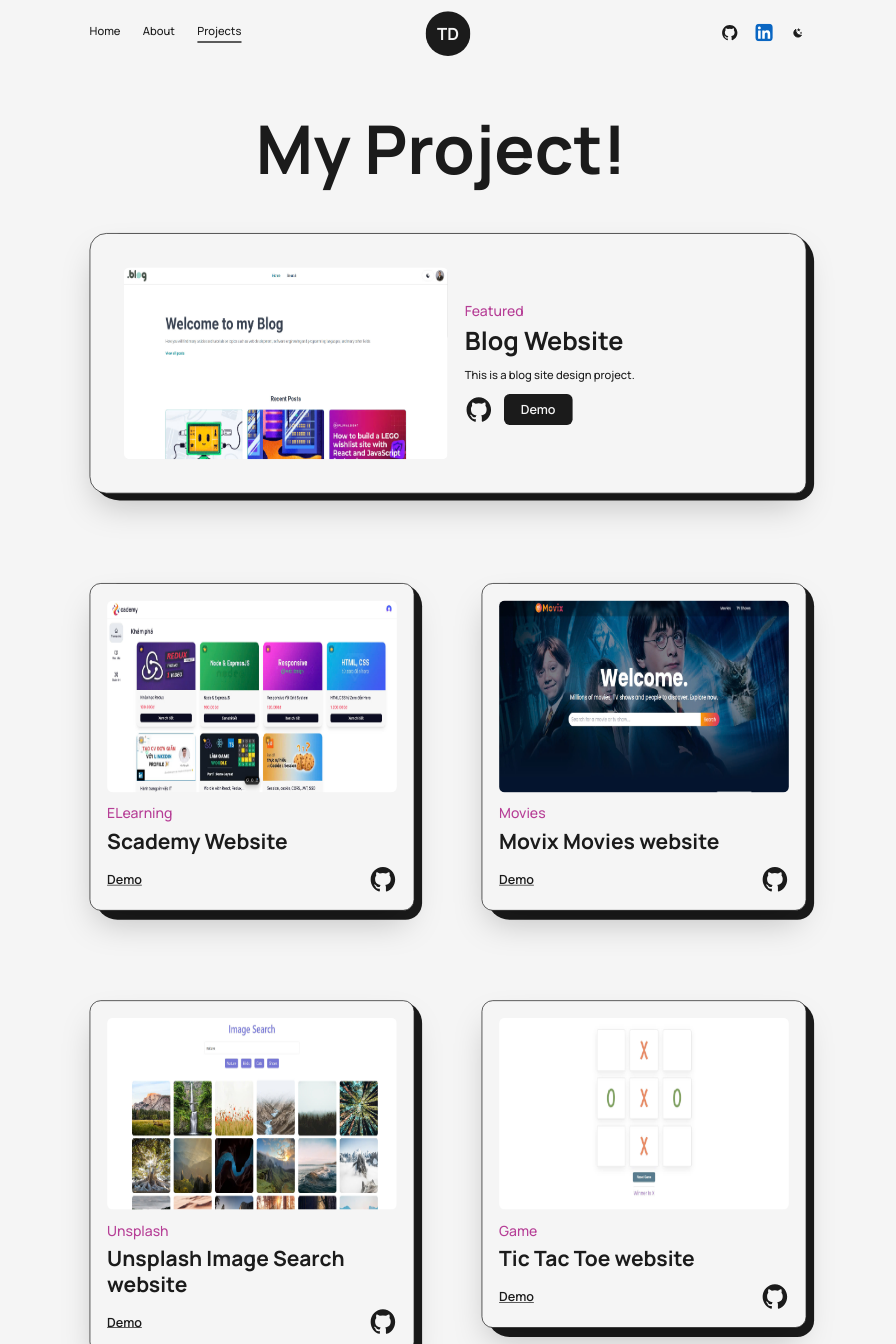
Repository: Dev-ThanhDat/portfolio
Page: /projects
These files come from the project's save history. The page is drawn as it stood at one moment and after the next save; the edit follows.
The browser window is 1280 px wide. The pictures show the part of the page from y = 0 to 1920 px (the page is 4499 px tall), at 70% of full size.
The project was rebuilt for these pictures with package versions that can differ from the ones it lists, and the page was loaded fresh each time. The framework's server and built-in components were replaced by stand-ins that run in the browser. Also part of the build but not shown: next.config.mjs, src/assets/icons/SunIcon.js, src/components/NavMobile/index.js.

Above is the page before, as saved 2025-01-01 13:23:45.

### src/app/layout.js
import Footer from '@/components/Footer';
import Header from '@/components/Header';
import { Providers } from '@/components/Providers';
import { Manrope } from 'next/font/google';
import './globals.scss';

const manrope = Manrope({ subsets: ['latin'], variable: '--font-manrope' });

export const metadata = {
  title: {
    template: 'Portfolio | %s',
    default: 'Portfolio'
  },
  openGraph: {
    url: 'https://ptd-dev.click',
    siteName: 'Portfolio',
    images: [
      {
        url: 'https://res.cloudinary.com/dzdycjg8q/image/upload/v1723725374/Portfolio/portfolio-bg-seo_xfm9yo.jpg',
        width: 1911,
        height: 877
      }
    ],
    type: 'website'
  }
};

export default function RootLayout({ children }) {
  return (
    <html
      lang='en'
      suppressHydrationWarning={true}
    >
      <body
        className={`${manrope.variable} font-mont bg-light dark:bg-dark w-full min-h-screen`}
      >
        <Providers>
          <Header />
          <main>{children}</main>
          <Footer />
        </Providers>
      </body>
    </html>
  );
}

### src/app/projects/page.js
import AnimatedText from '@/components/AnimatedText';
import FeaturedProject from '@/components/FeaturedProject';
import Project from '@/components/Project';
import TransitionEffect from '@/components/TransitionEffect';
import { projects } from '@/utils/projects';
import Link from 'next/link';

export const metadata = {
  title: 'Projects'
};

const Projects = () => {
  return (
    <>
      <TransitionEffect />
      <section className='flex flex-col justify-center w-full px-32 pt-16 pb-32 lg:px-16 xl:px-24 md:p-x12 sm:px-8'>
        <AnimatedText
          text='My Project!'
          className='mb-16 lg:!text-7xl sm:!text-6xl xs:!text-4xl sm:mb-8'
        />
        <div className='grid grid-cols-2 gap-24 gap-y-32 xl:gap-x-16 lg:gap-x-8 md:gap-y-24 sm:gap-x-0'>
          {projects &&
            projects.length > 0 &&
            projects.map((item) => (
              <>
                {item.featured === true ? (
                  <div
                    key={item.id}
                    className='col-span-2'
                  >
                    <FeaturedProject
                      type={item.type}
                      title={item.title}
                      summary={item.summary}
                      image={item.image}
                      link={item.link}
                      github={item.github}
                    />
                  </div>
                ) : (
                  <div
                    key={item.id}
                    className='col-span-1 lg:col-span-2'
                  >
                    <Project
                      type={item.type}
                      title={item.title}
                      image={item.image}
                      link={item.link}
                      github={item.github}
                    />
                  </div>
                )}
              </>
            ))}
        </div>
      </section>
    </>
  );
};

export default Projects;

### src/components/Footer/index.js
'use client';

import MoveTop from '@/assets/icons/MoveTop';

const Footer = () => {
  const scrollToTop = () => {
    window.scrollTo({
      top: 0,
      behavior: 'smooth'
    });
  };

  return (
    <footer className='flex items-center justify-between px-32 py-8 text-lg font-medium text-center text-black border-t-2 border-solid md:px-16 sm:px-8 xs:px-4 w-fll border-dark dark:text-light dark:border-light md:text-base md:flex-col'>
      <span></span>
      <span>
        <span className='px-1 text-2xl text-primary dark:text-primaryDark'>
          &#9825;
        </span>{' '}
        Thanh Dat{' '}
        <span className='px-1 text-2xl text-primary dark:text-primaryDark'>
          &#9825;
        </span>
      </span>
      <button
        onClick={scrollToTop}
        className='flex items-center bg-dark dark:bg-light dark:text-dark text-light p-2.5 px-4 rounded-lg text-lg font-semibold hover:bg-light hover:text-dark transition-all border-2 border-solid border-transparent hover:border-dark dark:hover:bg-dark dark:hover:text-light dark:hover:border-light md:p-2 md:px-2 md:text-base md:mt-5'
      >
        <MoveTop />
      </button>
    </footer>
  );
};

export default Footer;

### src/components/Header/index.js
'use client';

import Logo from '@/components/Logo';
import Nav from '@/components/Nav';
import NavMobile from '@/components/NavMobile';
import { usePathname } from 'next/navigation';
import { useState } from 'react';

const Header = () => {
  const pathname = usePathname();
  const [isOpen, setIsOpen] = useState(false);

  const handleClick = () => {
    setIsOpen(!isOpen);
  };

  return (
    <header className='relative z-10 flex items-center justify-between w-full px-32 py-8 font-medium xl:px-24 lg:px-16 md:px-12 sm:px-8'>
      <button
        onClick={handleClick}
        className='flex-col items-center justify-center hidden lg:flex'
      >
        <span
          className={`bg-dark dark:bg-light transition-all block h-0.5 w-6 rounded-sm ${
            isOpen ? 'rotate-45 translate-y-1' : '-translate-y-0.5'
          }`}
        ></span>
        <span
          className={`bg-dark dark:bg-light transition-all block h-0.5 w-6 rounded-sm my-0.5 ${
            isOpen ? 'opacity-0' : 'opacity-100'
          }`}
        ></span>
        <span
          className={`bg-dark dark:bg-light transition-all block h-0.5 w-6 rounded-sm ${
            isOpen ? '-rotate-45 -translate-y-1' : 'translate-y-0.5'
          }`}
        ></span>
      </button>
      <Nav pathname={pathname} />
      {isOpen ? (
        <NavMobile
          setIsOpen={setIsOpen}
          pathname={pathname}
        />
      ) : null}
      <div className='absolute left-2/4 top-2 -translate-x-2/4'>
        <Logo />
      </div>
    </header>
  );
};

export default Header;

### src/components/Providers/index.js
'use client';

import { ThemeProvider } from 'next-themes';

export function Providers({ children }) {
  return (
    <ThemeProvider
      attribute='class'
      defaultTheme='system'
      enableSystem
    >
      {children}
    </ThemeProvider>
  );
}

### src/app/globals.scss
@tailwind base;
@tailwind components;
@tailwind utilities;

@layer base {
  body {
    @apply text-dark dark:text-light;
    &::-webkit-scrollbar {
      width: 5px;
    }

    &::-webkit-scrollbar-thumb {
      @apply bg-primary rounded-lg;
    }
  }
}

### src/components/AnimatedText/index.js
'use client';

import React from 'react';
import { motion } from 'framer-motion';

const AnimatedText = ({ text, className }) => {
  return (
    <div className='flex items-center justify-center w-full py-2 mx-auto overflow-hidden text-center'>
      <motion.h1
        initial={{ opacity: 0 }}
        animate={{
          opacity: 1,
          transition: {
            delay: 0.5
          }
        }}
        className={`inline-block w-full text-dark dark:text-light font-bold capitalize text-8xl ${className}`}
      >
        {text.split(' ').map((word, index) => (
          <motion.span
            key={word + '-' + index}
            initial={{ opacity: 0, y: 50 }}
            animate={{
              opacity: 1,
              y: 0,
              transition: {
                duration: 1,
                delay: index * 0.3
              }
            }}
            className='inline-block'
          >
            {word}&nbsp;
          </motion.span>
        ))}
      </motion.h1>
    </div>
  );
};

export default AnimatedText;

### src/components/FeaturedProject/index.js
'use client';

import GithubIcon from '@/assets/icons/Github';
import Image from 'next/image';
import Link from 'next/link';
import React from 'react';
import { motion } from 'framer-motion';

const FeaturedProject = ({ type, title, summary, image, link, github }) => {
  const MotionImage = motion(Image);

  return (
    <article className='relative flex items-center justify-between w-full p-12 border border-solid shadow-2xl rounded-3xl border-dark bg-light rounded-br-2xl dark:bg-dark dark:border-light lg:flex-col lg:p-8 xs:rounded-2xl xs:rounded-br-3xl xs:p-4'>
      <div className='absolute top-0 -right-3 -z-10 w-[101%] h-[103%] rounded-[40px] bg-dark rounded-br-3xl dark:bg-light xs:-right-2 sm:h-[102%] xs:w-full xs:rounded-3xl' />
      <Link
        href={link || ''}
        target='_blank'
        className='w-1/2 overflow-hidden rounded-lg cursor-pointer lg:w-full'
      >
        <MotionImage
          src={image}
          alt={title}
          width={1920}
          height={878}
          priority={true}
          whileHover={{ scale: 1.05 }}
          className='w-full h-[274px]'
        />
      </Link>
      <div className='flex flex-col items-start justify-between w-1/2 pl-6 lg:w-full lg:pl-0 lg:pt-6'>
        <span className='text-xl font-medium capitalize text-primary dark:text-primaryDark xs:text-base'>
          {type}
        </span>
        <Link
          href={link || ''}
          target='_blank'
          className='transition-all hover:underline underline-offset-2'
        >
          <h2 className='w-full my-2 text-4xl font-bold text-left sm:text-sm'>
            {title}
          </h2>
        </Link>
        <p className='my-2 font-medium sm:text-sm'>{summary}</p>
        <div className='flex items-center mt-2'>
          <Link
            href={github}
            target='_blank'
            className='w-10 transition-all hover:scale-110 md:w-6'
          >
            <GithubIcon />
          </Link>
          <Link
            href={link || ''}
            target='_blank'
            className='p-2 px-6 ml-4 text-lg font-semibold transition-all rounded-lg bg-dark text-light hover:opacity-90 dark:bg-light dark:text-dark sm:px-4 sm:text-base'
          >
            {link ? 'Demo' : ''}
          </Link>
        </div>
      </div>
    </article>
  );
};

export default FeaturedProject;

### src/components/TransitionEffect/index.js
'use client';

import { motion } from 'framer-motion';

const TransitionEffect = () => {
  return (
    <>
      <motion.div
        initial={{ x: '100%', width: '100%' }}
        animate={{ x: '0%', width: '0%' }}
        transition={{ duration: 0.8, ease: 'easeInOut' }}
        className='fixed top-0 bottom-0 z-50 w-screen h-screen right-full bg-primary dark:bg-primaryDark'
      />
      <motion.div
        initial={{ x: '100%', width: '100%' }}
        animate={{ x: '0%', width: '0%' }}
        transition={{ delay: 0.2, duration: 0.8, ease: 'easeInOut' }}
        className='fixed top-0 bottom-0 z-40 w-screen h-screen right-full bg-light'
      />
      <motion.div
        initial={{ x: '100%', width: '100%' }}
        animate={{ x: '0%', width: '0%' }}
        transition={{ delay: 0.4, duration: 0.8, ease: 'easeInOut' }}
        className='fixed top-0 bottom-0 z-30 w-screen h-screen right-full bg-dark'
      />
    </>
  );
};

export default TransitionEffect;

### src/utils/projects.js
export const projects = [
  {
    id: 10,
    featured: true,
    type: 'Featured',
    title: 'Blog Website',
    summary: 'This is a blog site design project.',
    image: '/images/projects/Blog.jpg',
    link: 'https://blog.ptd-dev.click',
    github: 'https://github.com/Dev-ThanhDat/blog.git'
  },
  {
    id: 9,
    featured: false,
    type: 'ELearning',
    title: 'Scademy Website',
    image: '/images/projects/Scademy.jpg',
    link: 'https://scademy.ptd-dev.click',
    github: 'https://github.com/Dev-ThanhDat/scademy.git'
  },
  {
    id: 8,
    featured: false,
    type: 'Movies',
    title: 'Movix Movies website',
    image: '/images/projects/Movix-Movies.jpg',
    link: 'https://movix.ptd-dev.click',
    github: 'https://github.com/Dev-ThanhDat/movix-movies.git'
  },
  {
    id: 7,
    featured: false,
    type: 'Unsplash',
    title: 'Unsplash Image Search website',
    image: '/images/projects/Unsplash-Image.jpg',
    link: 'https://unsplash.ptd-dev.click',
    github: 'https://github.com/Dev-ThanhDat/unsplash-image-search.git'
  },
  {
    id: 6,
    featured: false,
    type: 'Game',
    title: 'Tic Tac Toe website',
    image: '/images/projects/Tic-Tac-Toe.jpg',
    link: 'https://tic-tac-toe.ptd-dev.click',
    github: 'https://github.com/Dev-ThanhDat/tic-tac-toe.git'
  },
  {
    id: 5,
    featured: false,
    type: 'Gocast',
    title: 'Gocast website',
    image: '/images/projects/Gocast.jpg',
    link: 'https://gocast.ptd-dev.click',
    github: 'https://github.com/Dev-ThanhDat/gocast.git'
  },
  {
    id: 4,
    featured: true,
    type: 'Art',
    title: 'Art NFT Marketplace website',
    summary:
      'This is a project to design the Art NFT Marketplace website interface on the Frontend side.',
    image: '/images/projects/Art-NFT-Marketplace.jpg',
    link: 'https://art.ptd-dev.click',
    github: 'https://github.com/Dev-ThanhDat/art-nft-marketplace.git'
  },
  {
    id: 3,
    featured: false,
    type: 'Craft',
    title: 'Craft NFT Marketplace website',
    image: '/images/projects/Craft-NFT-Marketplace.jpg',
    link: 'https://craft.ptd-dev.click',
    github: 'https://github.com/Dev-ThanhDat/craft-nft-marketplace.git'
  },
  {
    id: 2,
    featured: false,
    type: 'Travel',
    title: 'Travel Holiday website',
    image: '/images/projects/Travel-Holiday.jpg',
    link: 'https://travel.ptd-dev.click',
    github: 'https://github.com/Dev-ThanhDat/travel-holiday.git'
  },
  {
    id: 1,
    featured: false,
    type: 'Jalan',
    title: 'Jalan website',
    image: '/images/projects/Jalan.jpg',
    link: 'https://jalan.ptd-dev.click',
    github: 'https://github.com/Dev-ThanhDat/jalan.git'
  }
];

### src/assets/icons/MoveTop.js
import React from 'react';

const MoveTop = ({ className }) => {
  return (
    <svg
      xmlns='http://www.w3.org/2000/svg'
      width={24}
      height={24}
      viewBox='0 0 24 24'
      fill='none'
      stroke='currentColor'
      strokeWidth={2}
      strokeLinecap='round'
      strokeLinejoin='round'
      className={`w-full h-auto ${className}`}
    >
      <path d='M8 6L12 2L16 6' />
      <path d='M12 2V22' />
    </svg>
  );
};

export default MoveTop;

### src/components/Logo/index.js
'use client';

import { motion } from 'framer-motion';
import Link from 'next/link';
import React from 'react';

const MotionLink = motion(Link);

const Logo = () => {
  return (
    <div className='flex items-center justify-center mt-2'>
      <MotionLink
        href='/'
        className='flex items-center justify-center w-16 h-16 text-2xl font-bold uppercase border border-transparent border-solid rounded-full bg-dark text-light dark:border-light'
        whileHover={{
          backgroundColor: [
            '#121212',
            'rgba(131,58,180,1)',
            'rgba(253,29,29,1)',
            'rgba(252,176,69,1)',
            'rgba(131,58,180,1)',
            '#121212'
          ],
          transition: { duration: 1 }
        }}
      >
        TD
      </MotionLink>
    </div>
  );
};

export default Logo;

### src/components/Nav/index.js
import ThemeSwitcher from '@/components/ThemeSwitcher';
import { media } from '@/utils/media';
import { menu } from '@/utils/menu';
import { motion } from 'framer-motion';
import Link from 'next/link';

const Nav = ({ pathname }) => {
  return (
    <div className='flex items-center justify-between w-full lg:hidden'>
      <nav className='flex items-center gap-8'>
        {menu &&
          menu.length > 0 &&
          menu.map((item) => (
            <Link
              key={item.id}
              href={item.path}
              className={`pb-[5px] relative group after:h-[2px] after:bg-dark dark:after:bg-light after:bottom-0 after:left-0 after:absolute after:transition-[width] after:ease after:duration-300 ${
                pathname === item.path
                  ? 'after:w-full'
                  : 'hover:after:w-full after:w-0'
              }`}
            >
              {item.name}
            </Link>
          ))}
      </nav>
      <div className='flex flex-wrap items-center justify-center gap-6'>
        {media &&
          media.length > 0 &&
          media.map((item) => (
            <motion.a
              key={item.id}
              href={item.href}
              target='_blank'
              whileHover={{ y: -2 }}
              whileTap={{ scale: 0.9 }}
            >
              {item.icon}
            </motion.a>
          ))}
        <ThemeSwitcher />
      </div>
    </div>
  );
};

export default Nav;

### src/assets/icons/Github.js
const GithubIcon = ({ className }) => {
  return (
    <svg
      xmlns='http://www.w3.org/2000/svg'
      width='25px'
      height='25px'
      viewBox='0 0 512 512'
      className={`w-full h-auto ${className}`}
    >
      <path
        fill='none'
        d='M0 0h512v512H0z'
      />
      <path
        fill='currentColor'
        d='M256 32C132.3 32 32 134.9 32 261.7c0 101.5 64.2 187.5 153.2 217.9a17.56 17.56 0 0 0 3.8.4c8.3 0 11.5-6.1 11.5-11.4 0-5.5-.2-19.9-.3-39.1a102.4 102.4 0 0 1-22.6 2.7c-43.1 0-52.9-33.5-52.9-33.5-10.2-26.5-24.9-33.6-24.9-33.6-19.5-13.7-.1-14.1 1.4-14.1h.1c22.5 2 34.3 23.8 34.3 23.8 11.2 19.6 26.2 25.1 39.6 25.1a63 63 0 0 0 25.6-6c2-14.8 7.8-24.9 14.2-30.7-49.7-5.8-102-25.5-102-113.5 0-25.1 8.7-45.6 23-61.6-2.3-5.8-10-29.2 2.2-60.8a18.64 18.64 0 0 1 5-.5c8.1 0 26.4 3.1 56.6 24.1a208.21 208.21 0 0 1 112.2 0c30.2-21 48.5-24.1 56.6-24.1a18.64 18.64 0 0 1 5 .5c12.2 31.6 4.5 55 2.2 60.8 14.3 16.1 23 36.6 23 61.6 0 88.2-52.4 107.6-102.3 113.3 8 7.1 15.2 21.1 15.2 42.5 0 30.7-.3 55.5-.3 63 0 5.4 3.1 11.5 11.4 11.5a19.35 19.35 0 0 0 4-.4C415.9 449.2 480 363.1 480 261.7 480 134.9 379.7 32 256 32Z'
      />
    </svg>
  );
};

export default GithubIcon;

### src/components/ThemeSwitcher/index.js
'use client';

import MoonIcon from '@/assets/icons/MoonIcon';
import SunIcon from '@/assets/icons/SunIcon';
import useThemeSwitcher from '@/hooks/useThemeSwitcher';

const ThemeSwitcher = () => {
  const { mounted, theme, handleSwitchTheme } = useThemeSwitcher();

  if (!mounted) {
    return null;
  }

  const toggleTheme = () => {
    const newTheme = theme === 'light' ? 'dark' : 'light';
    handleSwitchTheme(newTheme);
  };

  return (
    <button
      onClick={toggleTheme}
      className={`flex items-center justify-center p-1 w-6 rounded-full ${
        theme === 'light' ? 'bg-dark text-light' : 'bg-light text-dark'
      }`}
    >
      {theme === 'light' ? <SunIcon /> : <MoonIcon />}
    </button>
  );
};

export default ThemeSwitcher;

### src/utils/media.js
import GithubIcon from '@/assets/icons/Github';
import LinkedInIcon from '@/assets/icons/Linkedin';

export const media = [
  {
    id: 1,
    href: 'https://github.com/Dev-ThanhDat',
    icon: <GithubIcon />
  },
  {
    id: 2,
    href: 'https://www.linkedin.com/in/dat-pham-thanh-b194b5238/',
    icon: <LinkedInIcon />
  }
];

### src/utils/menu.js
export const menu = [
  {
    id: 1,
    path: '/',
    name: 'Home'
  },
  {
    id: 2,
    path: '/about',
    name: 'About'
  },
  {
    id: 3,
    path: '/projects',
    name: 'Projects'
  }
];

### src/hooks/useThemeSwitcher.js
import { useState, useEffect } from 'react';
import { useTheme } from 'next-themes';

const useThemeSwitcher = () => {
  const [mounted, setMounted] = useState(false);
  const { theme, setTheme } = useTheme();

  useEffect(() => {
    setMounted(true);
  }, []);

  const handleSwitchTheme = (newTheme) => {
    setTheme(newTheme);
  };

  return { mounted, theme, handleSwitchTheme };
};

export default useThemeSwitcher;

### src/assets/icons/Linkedin.js
const LinkedInIcon = ({ className }) => (
  <svg
    xmlns='http://www.w3.org/2000/svg'
    width='25px'
    height='25px'
    viewBox='0 0 256 256'
    className={`w-full h-auto ${className}`}
  >
    <path
      fill='none'
      d='M0 0h256v256H0z'
    />
    <g fill='none'>
      <rect
        width={256}
        height={256}
        fill='#fff'
        rx={60}
      />
      <rect
        width={256}
        height={256}
        fill='#0A66C2'
        rx={60}
      />
      <path
        fill='#fff'
        d='M184.715 217.685h29.27a4 4 0 0 0 4-3.999l.015-61.842c0-32.323-6.965-57.168-44.738-57.168-14.359-.534-27.9 6.868-35.207 19.228a.32.32 0 0 1-.595-.161V101.66a4 4 0 0 0-4-4h-27.777a4 4 0 0 0-4 4v112.02a4 4 0 0 0 4 4h29.268a4 4 0 0 0 4-4v-55.373c0-15.657 2.97-30.82 22.381-30.82 19.135 0 19.383 17.916 19.383 31.834v54.364a4 4 0 0 0 4 4ZM38 59.627c0 11.865 9.767 21.627 21.632 21.627 11.862-.001 21.623-9.769 21.623-21.631C81.253 47.761 71.491 38 59.628 38 47.762 38 38 47.763 38 59.627Zm6.959 158.058h29.307a4 4 0 0 0 4-4V101.66a4 4 0 0 0-4-4H44.959a4 4 0 0 0-4 4v112.025a4 4 0 0 0 4 4Z'
      />
    </g>
  </svg>
);

export default LinkedInIcon;

### tailwind.config.js
/** @type {import('tailwindcss').Config} */
module.exports = {
  darkMode: 'class',
  content: [
    './src/pages/**/*.{js,ts,jsx,tsx,mdx}',
    './src/components/**/*.{js,ts,jsx,tsx,mdx}',
    './src/app/**/*.{js,ts,jsx,tsx,mdx}'
  ],
  theme: {
    extend: {
      fontFamily: {
        mont: ['var(--font-manrope)']
      },
      colors: {
        dark: '#1b1b1b',
        light: '#f5f5f5',
        primary: '#B63E96',
        primaryDark: '#58E6D9'
      },
      backgroundImage: {
        circularLight:
          'repeating-radial-gradient(rgba(0,0,0,0.4) 2px,#f5f5f5 5px,#f5f5f5 100px)',
        circularDark:
          'repeating-radial-gradient(rgba(255,255,255,0.5) 2px,#1b1b1b 8px,#1b1b1b 100px)',
        circularLightLg:
          'repeating-radial-gradient(rgba(0,0,0,0.4) 2px,#f5f5f5 5px,#f5f5f5 80px)',
        circularDarkLg:
          'repeating-radial-gradient(rgba(255,255,255,0.5) 2px,#1b1b1b 8px,#1b1b1b 80px)',
        circularLightMd:
          'repeating-radial-gradient(rgba(0,0,0,0.4) 2px,#f5f5f5 5px,#f5f5f5 60px)',
        circularDarkMd:
          'repeating-radial-gradient(rgba(255,255,255,0.5) 2px,#1b1b1b 8px,#1b1b1b 60px)',
        circularLightSm:
          'repeating-radial-gradient(rgba(0,0,0,0.4) 2px,#f5f5f5 5px,#f5f5f5 40px)',
        circularDarkSm:
          'repeating-radial-gradient(rgba(255,255,255,0.5) 2px,#1b1b1b 8px,#1b1b1b 40px)'
      }
    },
    screens: {
      '2xl': { max: '1535px' },
      xl: { max: '1279px' },
      lg: { max: '1023px' },
      md: { max: '767px' },
      sm: { max: '639px' },
      xs: { max: '479px' }
    }
  },
  plugins: []
};

Loaded but not shown: src/assets/icons/MoonIcon.js (184 lines, source omitted); src/components/Project/index.js (86 lines, source omitted)

After the next save:
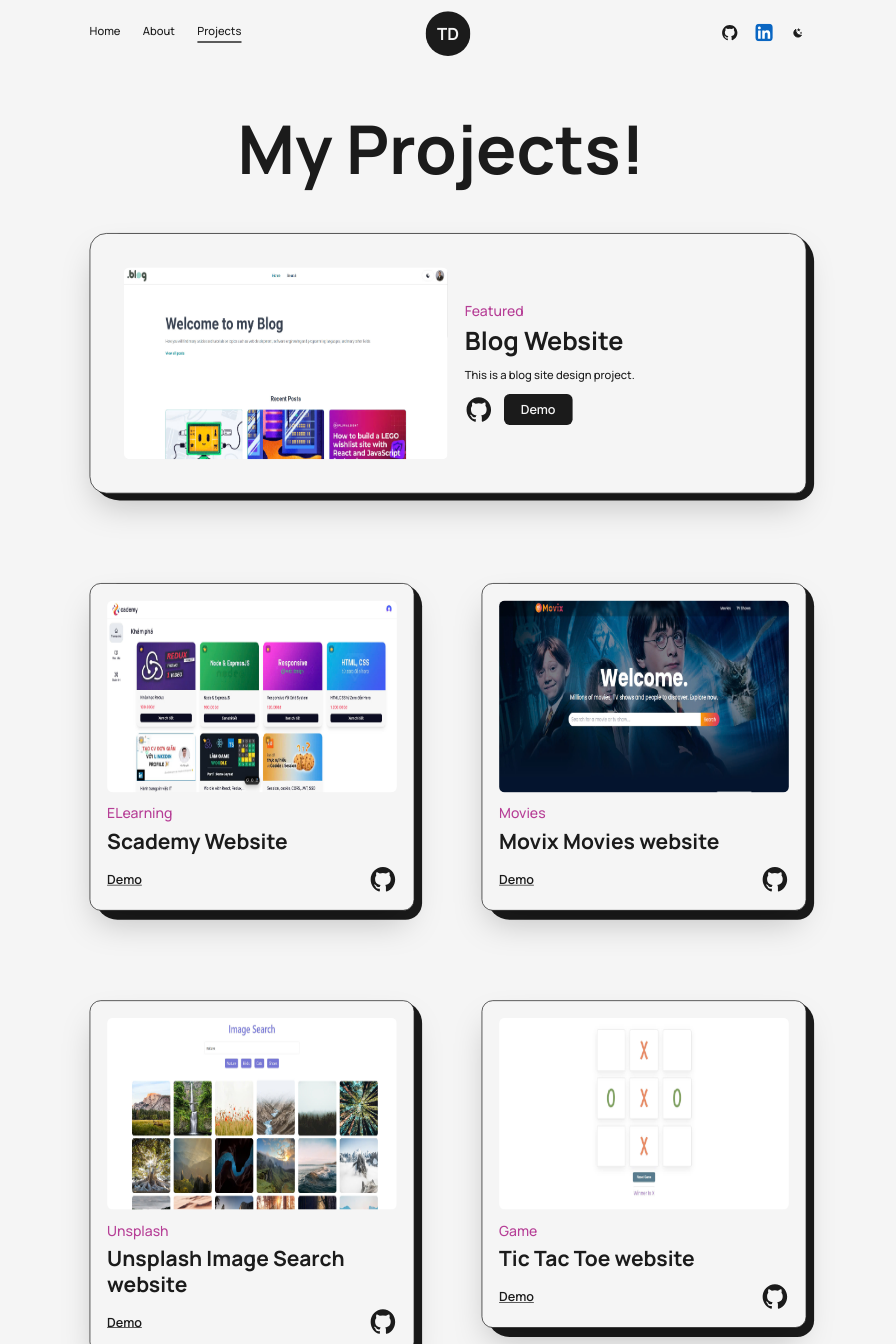
Saved 6 s later.
--- a/src/app/projects/page.js
+++ b/src/app/projects/page.js
@@ -15,7 +15,7 @@ const Projects = () => {
       <TransitionEffect />
       <section className='flex flex-col justify-center w-full px-32 pt-16 pb-32 lg:px-16 xl:px-24 md:p-x12 sm:px-8'>
         <AnimatedText
-          text='My Project!'
+          text='My Projects!'
           className='mb-16 lg:!text-7xl sm:!text-6xl xs:!text-4xl sm:mb-8'
         />
         <div className='grid grid-cols-2 gap-24 gap-y-32 xl:gap-x-16 lg:gap-x-8 md:gap-y-24 sm:gap-x-0'>
